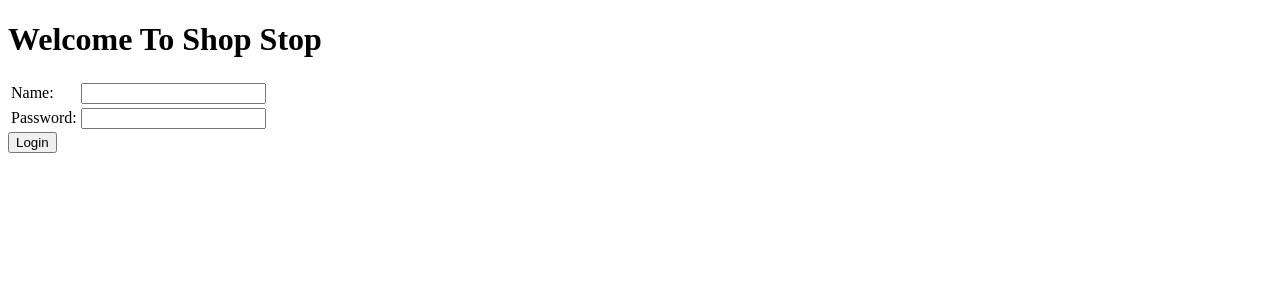
Repository: Manthan2021/hibernateweb
Page: ShopStop/src/main/webapp/login.html
The author's editor kept a copy of each file at every save. The page is drawn from the files as they stood at one save, then again after the next save.
The browser window is 1280 px wide. The pictures show the whole page.

Above is the page before, as saved 2021-11-30 05:39:54.

After the next save:
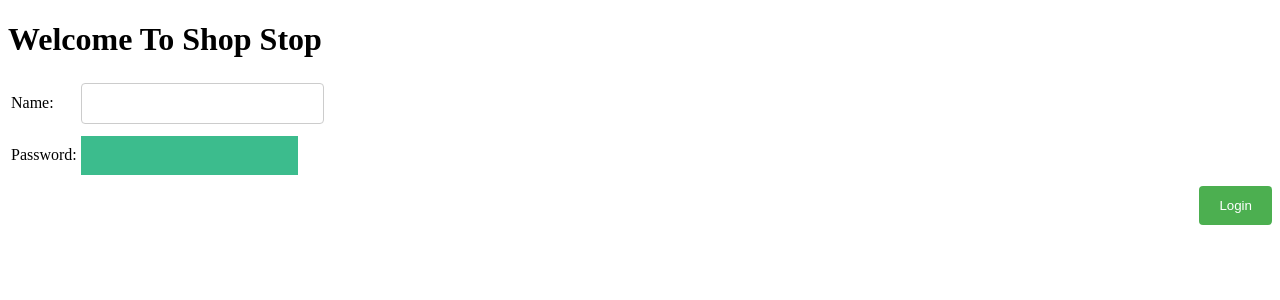
Saved 47 min 28 s later.
--- a/ShopStop/src/main/webapp/login.html
+++ b/ShopStop/src/main/webapp/login.html
@@ -24,6 +24,46 @@
 
 <input type="submit" value="Login">
 </form>
+<style>
+ {
+box-sizing: border-box;
+}
+
+
+
+input[type=text]{
+width: 100%;
+padding: 12px;
+border: 1px solid #ccc;
+border-radius: 4px;
+resize: vertical;
+}
+input[type=submit] {
+background-color: #4CAF50;
+color: white;
+padding: 12px 20px;
+border: none;
+border-radius: 4px;
+cursor: pointer;
+float: right;
+}
+
+
+
+input[type=submit]:hover {
+background-color: #45a049;
+}
+input[type=password] {
+width: 100%;
+padding: 12px 20px;
+margin: 8px 0;
+box-sizing: border-box;
+border: none;
+background-color: #3CBC8D;
+color: white;
+}
+
+</style>
 
 
 </body>
